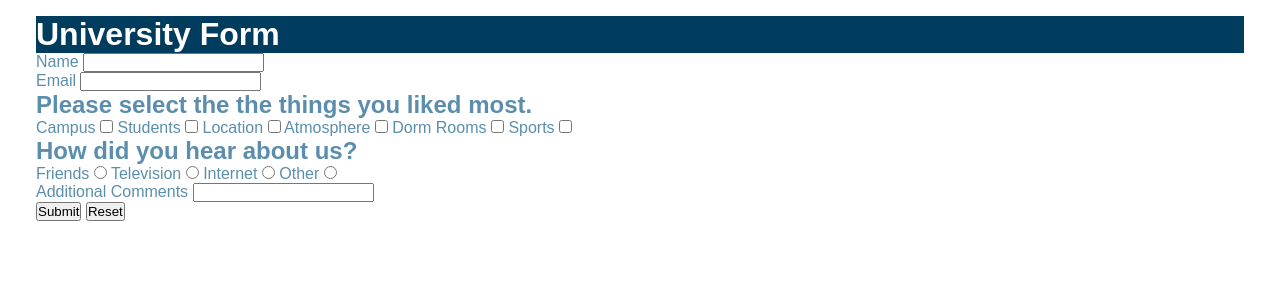
Repository: mlmEFSC21/P2-University-Form
Page: index.html
The author's editor kept a copy of each file at every save. The page is drawn from the files as they stood at one save, then again after the next save.
The browser window is 1280 px wide. The pictures show the whole page.
Some web fonts or font styles are not loaded; a fallback is used.

Above is the page before, as saved 2022-01-29 17:30:02.

### index.html
<!DOCTYPE html>
<html lang="en">
    <head>
        <meta charset="UTF-8" />
        <meta http-equiv="X-UA-Compatible" content="IE=edge" />
        <meta name="viewport" content="width=device-width, initial-scale=1.0" />
        <title>University Form</title>
        <link rel="stylesheet" href="uniFormStyles.css" />
    </head>
    <body>
        <header>
            <h1>University Form</h1>
        </header>
        <main>
            <!-- REMEMBER TO CHANGE THIS TO A POST TO DEITEL!!!!!!!!!!-->
            <form action="results.html" method="GET">
                <div>
                    <label for="name">Name</label>
                    <input type="text" id="name" name="name" required />
                </div>
                <div>
                    <label for="email">Email</label>
                    <input type="email" id="email" name="email" required />
                </div>
                <div>
                    <h2>Please select the the things you liked most.</h2>
                    <label for="campus">Campus</label>
                    <input type="checkbox" id="campus" name="campus" />
                    <label for="students">Students</label>
                    <input type="checkbox" id="students" name="students" />
                    <label for="location">Location</label>
                    <input type="checkbox" id="location" name="location" />
                    <label for="atmosphere">Atmosphere</label>
                    <input type="checkbox" id="atmosphere" name="atmosphere" />
                    <label for="dorms">Dorm Rooms</label>
                    <input type="checkbox" id="dorms" name="dorms" />
                    <label for="sports">Sports</label>
                    <input type="checkbox" id="sports" name="sports" />
                </div>
                <div>
                    <h2>How did you hear about us?</h2>
                    <label for="friends">Friends</label>
                    <input type="radio" id="friends" name="referred" required />
                    <label for="television">Television</label>
                    <input type="radio" id="television" name="referred" />
                    <label for="internet">Internet</label>
                    <input type="radio" id="internet" name="referred" />
                    <label for="other">Other</label>
                    <input type="radio" id="other" name="referred" />
                </div>
                <div>
                    <label for="comments">Additional Comments</label>
                    <input type="text" id="comments" name="comments" />
                </div>
                <button type="submit" class="submit">Submit</button>
                <button type="reset" class="reset">Reset</button>
            </form>
        </main>
    </body>
</html>

### uniFormStyles.css
@import url("https://fonts.googleapis.com/css2?family=Spectral:wght@300&display=swap");

:root {
    --clr-prime: #003c5e;
    --clr-second: #1a2028;
    --clr-accent: #8fb500;
    --clr-font-prime: white;
    --clr-font-second: black;
}

* {
    margin: 0;
    padding: 0;
    box-sizing: border-box;
}
body {
    margin: 0 1.25em;
    padding: 1em;
    background-color: #ffffff;
    font-family: "Spectral", sans-serif;
    color: #5b8ead;
}
header {
    background-color: #003c5e;
    color: white;
}

After the next save:
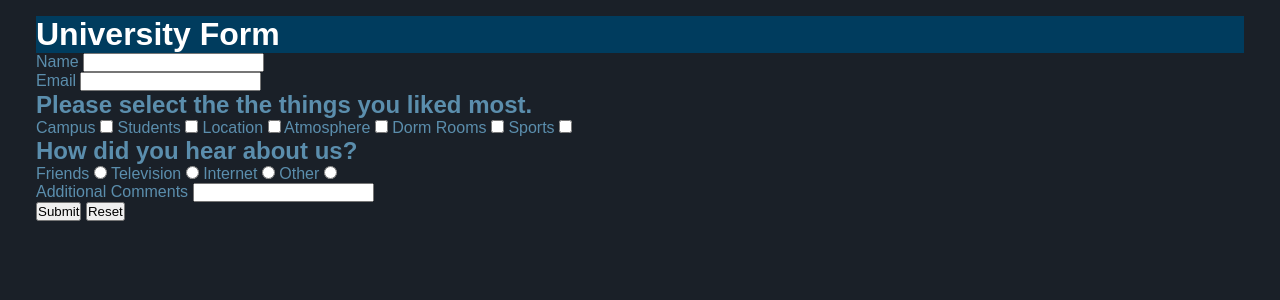
Saved 43 s later.
--- a/uniFormStyles.css
+++ b/uniFormStyles.css
@@ -16,7 +16,7 @@
 body {
     margin: 0 1.25em;
     padding: 1em;
-    background-color: #ffffff;
+    background-color: var(--clr-second);
     font-family: "Spectral", sans-serif;
     color: #5b8ead;
 }
